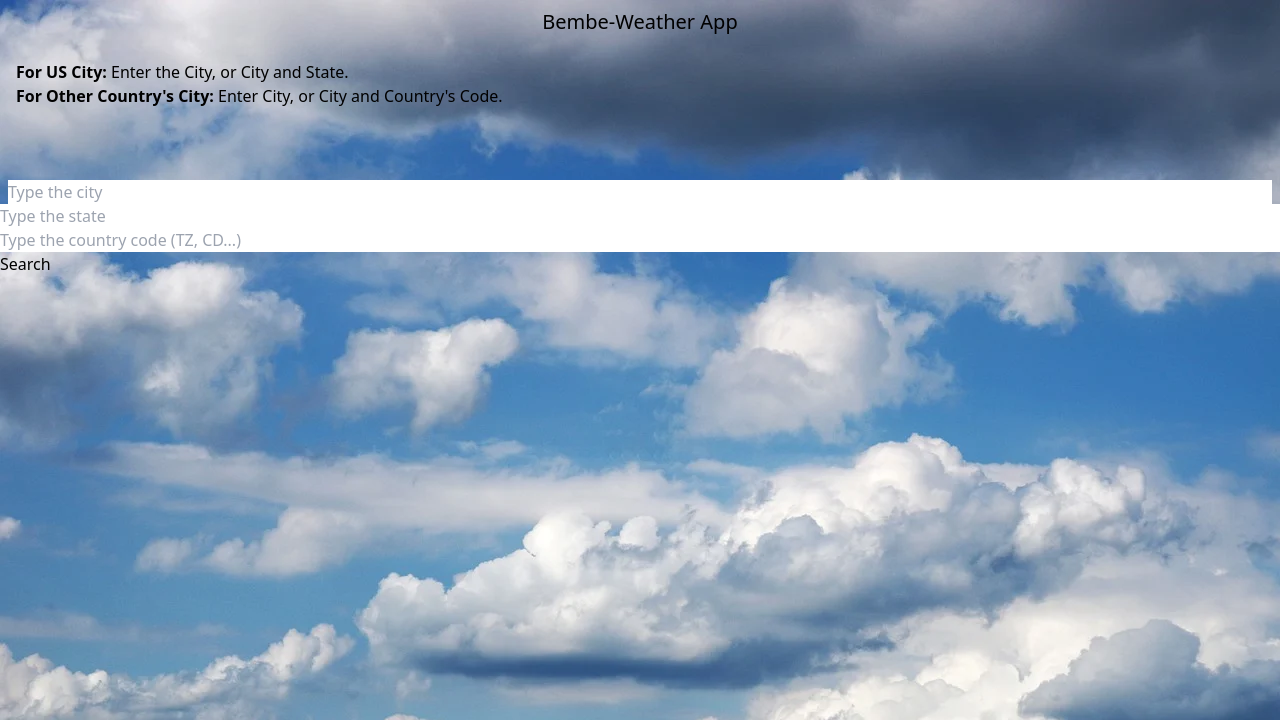
Repository: ShindanoSingi/bembe-weather
Page: /
An editor plug-in stored every save of this project. The page is shown before and after the next save, followed by the edit.
The browser window is 1280 px wide. The pictures show the whole page.
The page's requests for data from a server got no answer. The project was rebuilt for these pictures with package versions that can differ from the ones it lists, and the page was loaded fresh each time. No one was signed in, and anything a server would have sent is missing.

Above is the page before, as saved 2022-09-14 03:06:47.

### public/index.html
<!DOCTYPE html>
<html lang="en">

<head>
  <meta charset="utf-8" />
  <link rel="icon" href="%PUBLIC_URL%/favicon.ico" />
  <meta name="viewport" content="width=device-width, initial-scale=1" />
  <meta name="theme-color" content="#000000" />
  <meta name="description" content="Web site created using create-react-app" />
  <link rel="apple-touch-icon" href="%PUBLIC_URL%/logo192.png" />
  <!--
      manifest.json provides metadata used when your web app is installed on a
      user's mobile device or desktop. See https://developers.google.com/web/fundamentals/web-app-manifest/
    -->
  <link rel="manifest" href="%PUBLIC_URL%/manifest.json" />
  <!--
      Notice the use of %PUBLIC_URL% in the tags above.
      It will be replaced with the URL of the `public` folder during the build.
      Only files inside the `public` folder can be referenced from the HTML.

      Unlike "/favicon.ico" or "favicon.ico", "%PUBLIC_URL%/favicon.ico" will
      work correctly both with client-side routing and a non-root public URL.
      Learn how to configure a non-root public URL by running `npm run build`.
    -->
  <title>React Weather</title>
</head>

<body>
  <noscript>You need to enable JavaScript to run this app.</noscript>
  <div id="root"></div>
  <!--
      This HTML file is a template.
      If you open it directly in the browser, you will see an empty page.

      You can add webfonts, meta tags, or analytics to this file.
      The build step will place the bundled scripts into the <body> tag.

      To begin the development, run `npm start` or `yarn start`.
      To create a production bundle, use `npm run build` or `yarn build`.
    -->
</body>

</html>

### src/components/SearchForm.js
import React from "react";

const SearchForm = ({
  city,
  state,
  country,
  handleSubmit,
  handleChangeCity,
  handleChangeState,
  handleChangeCountry,
}) => {
  return (
    <div >
      <form className="form-container" onSubmit={handleSubmit} d-flex>
        <div className="flex flex-col">
          <input
          className="mx-2 cityInput"
          placeholder="Type the city"
          type="text"
          name="SearchString"
          onChange={handleChangeCity}
          value={city}
          required
        />

        {/* Country input */}
        <input
          className="countryInput"
          placeholder="Type the state"
          type="text"
          name="SearchString"
          onChange={handleChangeState}
          value={state}
        />

        {/* Country input */}
        <input
          className="countryInput"
          placeholder="Type the country code (TZ, CD...)"
          type="text"
          name="SearchString"
          onChange={handleChangeCountry}
          value={country}
        />
        </div>
        {/* City Input */}


        <button className="submitButton" type="submit">
          Search
        </button>
      </form>
    </div>
  );
};

export default SearchForm;

Loaded but not shown: src/index.js (common file); src/index.css (common file); tailwind.config.js (common file); src/components/weatherPage.js (255 lines, source omitted); src/App.js (116 lines, source omitted); src/App.css (1402 lines, source omitted)

After the next save:
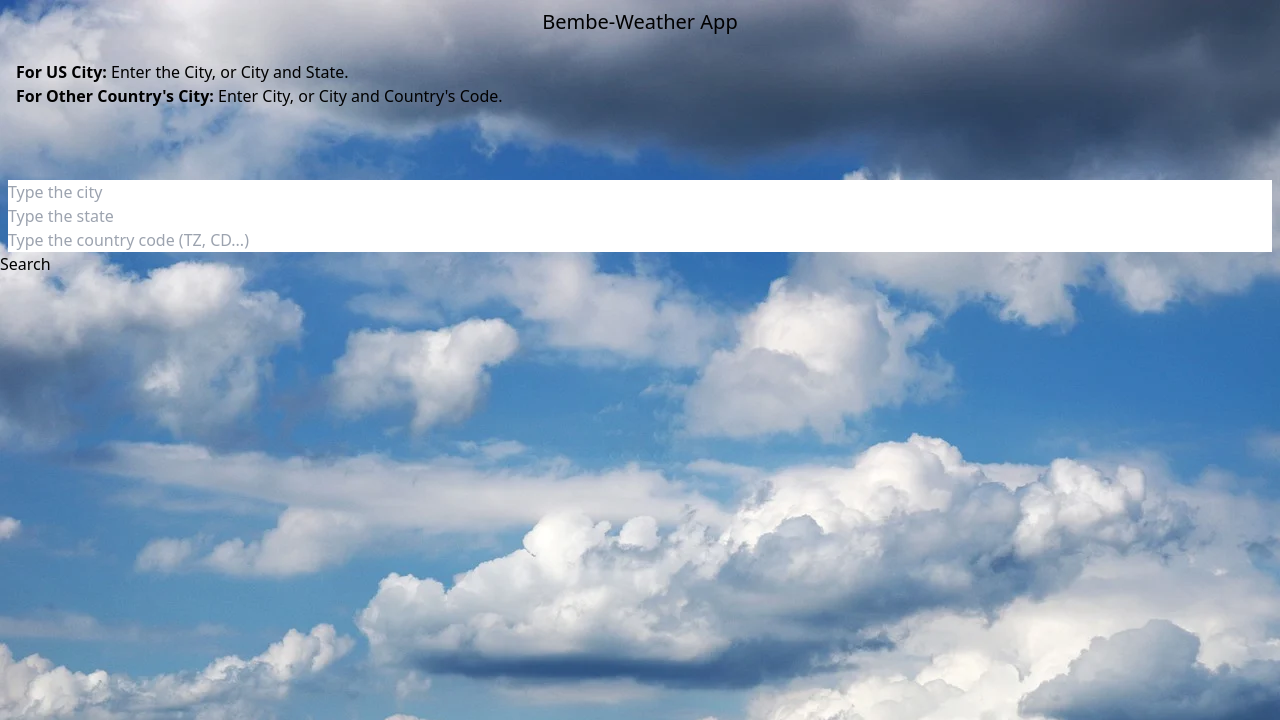
Saved 39 s later.
--- a/src/components/SearchForm.js
+++ b/src/components/SearchForm.js
@@ -25,7 +25,7 @@
 
         {/* Country input */}
         <input
-          className="countryInput"
+          className="mx-2 countryInput"
           placeholder="Type the state"
           type="text"
           name="SearchString"
@@ -35,7 +35,7 @@
 
         {/* Country input */}
         <input
-          className="countryInput"
+          className="mx-2 countryInput"
           placeholder="Type the country code (TZ, CD...)"
           type="text"
           name="SearchString"
